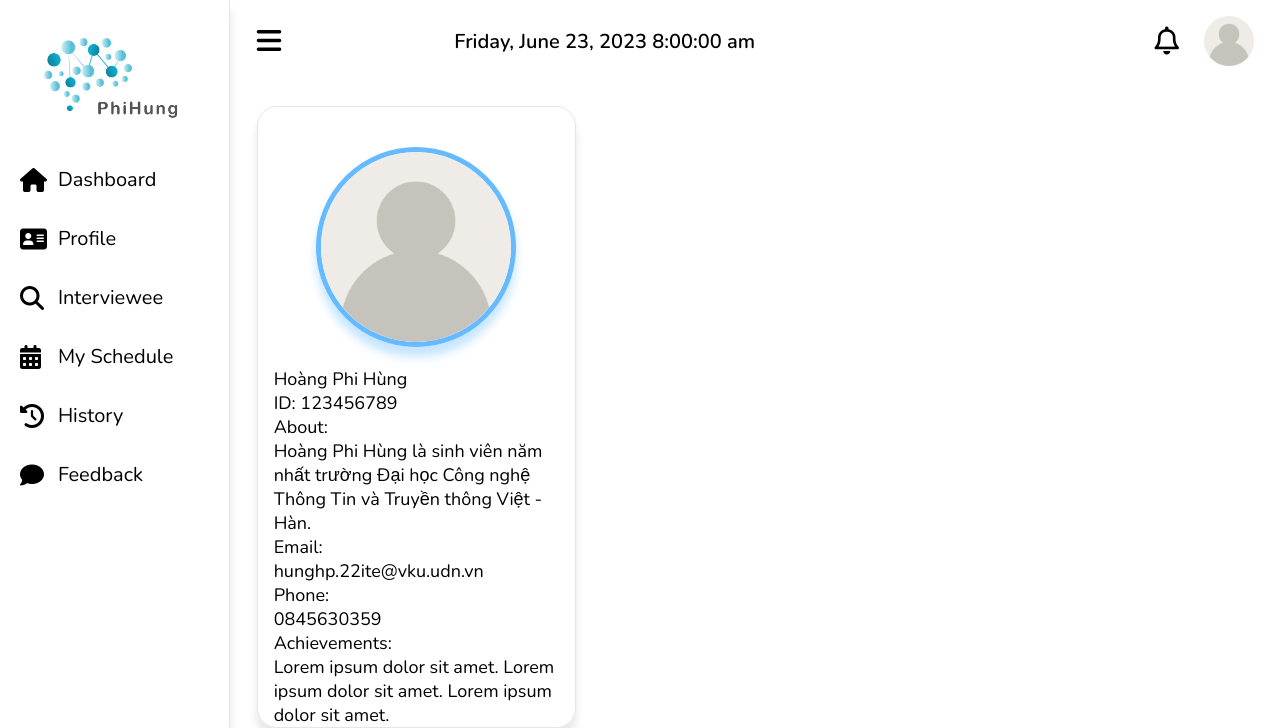
Repository: hphihungit/InterviewService
Page: interviewee.html
An editor plug-in stored every save of this project. The page is shown before and after the next save, followed by the edit.
The browser window is 1280 px wide. The pictures show the whole page.

Above is the page before, as saved 2023-05-31 23:27:39.

After the next save:
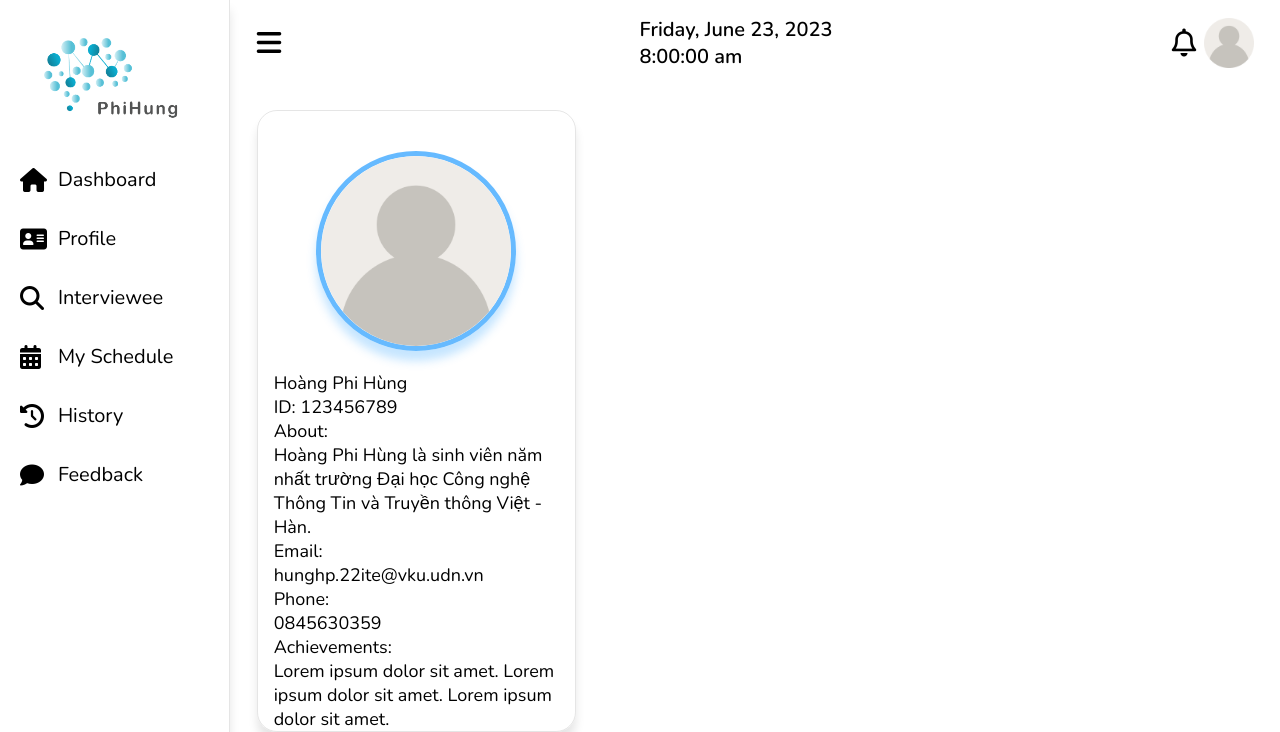
Saved 21 s later.
--- a/interviewee.html
+++ b/interviewee.html
@@ -61,9 +61,10 @@
             <div class="header">
                 <div class="header__icon">
                     <label class="fa-solid fa-bars header__label"></label>
-                    <div class="header__time">
-                        Friday, June 23, 2023 8:00:00 am
-                    </div>
+                </div>
+
+                <div class="header__time">
+                    Friday, June 23, 2023 8:00:00 am
                 </div>
 
                 <div class="header__news">
